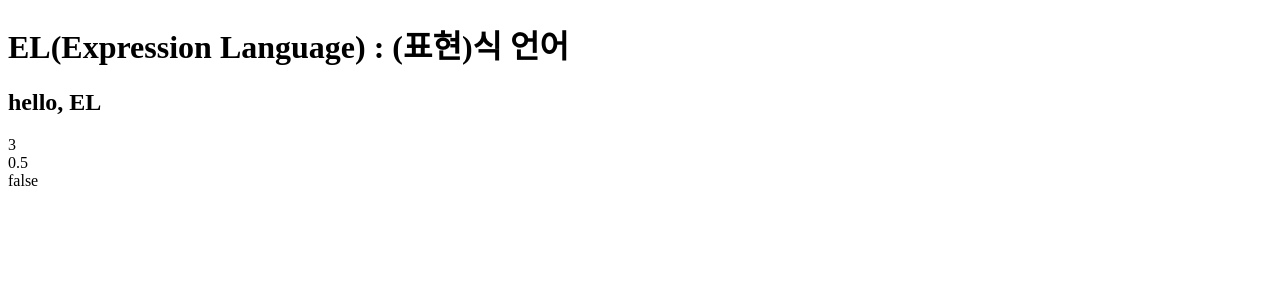
Repository: ljh5973/labweb
Page: http://localhost/JSP03/01_el.jsp
These files come from the project's save history. The page is drawn as it stood at one moment and after the next save; the edit follows.
The browser window is 1280 px wide. The pictures show the whole page.
The page is served by Tomcat 9.

Above is the page before, as saved 2022-01-10 06:11:28.

After the next save:
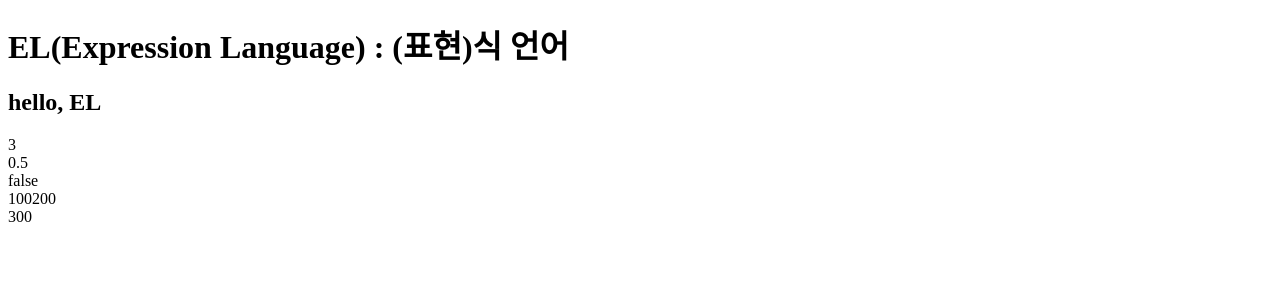
Saved 2 min 16 s later.
--- a/JSP03/webapp/01_el.jsp
+++ b/JSP03/webapp/01_el.jsp
@@ -32,7 +32,10 @@
 	 ${1==2 }<br>
 	 <%--
 	 EL에서 문자열은 큰따옴표("")와 작은 따옴표('')모두 사용 가능
-	 EL에서 사칙연산은 숫자 타입만 가능.
+	 EL에서 사칙연산은 숫자 타입만 가능. 문자열 에서 +기능은 없음
 	  --%>
+
+	  <%= "100"+"200" %><br>
+	  ${"100"+ "200" } <br> <%-- 문자열 "100", "200"이 숫자 100 ,200으로 변환된 후 덧셈 --%>
 	</body>
 </html>
